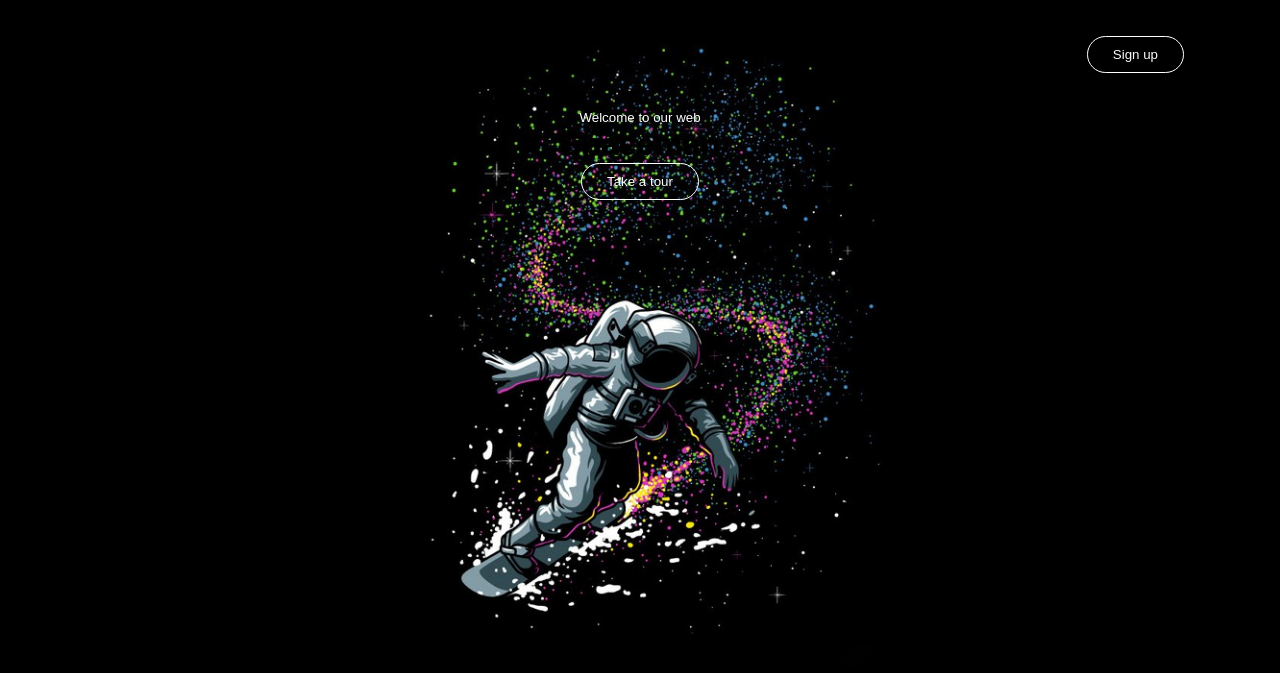
Repository: 70y-ali/branding_
Page: /
An editor plug-in stored every save of this project. The page is shown before and after the next save, followed by the edit.
The browser window is 1280 px wide. The pictures show the whole page.
The project was rebuilt for these pictures with package versions that can differ from the ones it lists, and the page was loaded fresh each time. A package was used in the major version that the imports need, not the one package.json lists.

Above is the page before, as saved 2020-12-29 14:50:15.

### src/index.js
import React from 'react';
import ReactDOM from 'react-dom';
import App from '../src/views/App';
import './index.css';

ReactDOM.render(
  <App />,
  document.getElementById('root')
);
// import React from 'react'
// import { render } from 'react-dom'
// import { Provider } from 'react-redux'
// import { BrowserRouter as Router } from 'react-router-dom'
// import App from 'views/App'
// import store from 'redux/rootStore'

// import '@fortawesome/fontawesome-free/css/all.min.css'
// import 'react-datepicker/dist/react-datepicker.css'
// import './index.css'

// require('dotenv').config()

// render(
// 	<Provider store={store}>
// 		<Router>
// 			<App />
// 		</Router>
// 	</Provider>
// 	,document.getElementById('root')
// )

### src/views/App.js
import React, { Component } from 'react';
// import logo from '../logo.svg';
import '../App.css';
import Home from './HomePage'

class App extends Component {
  render() {
    return (
      <div className="App">
        <Home/>
        {/* <div className="App-header">
          <img src={logo} className="App-logo" alt="logo" />
          <h2>Welcome to React</h2>
        </div>

        <p className="App-intro">
          To get started, edit <code>src/App.js</code> and save to reload.
        </p> */}
      </div>
    );
  }
}

export default App;
// import React, { Fragment } from 'react'
// import { Route, Switch } from 'react-router-dom'
// import Cookie from 'utilities/CookieUtility'
// import {
// 	Navbar,
// 	Footer,
// 	CallReceiveModal
// } from 'components/OtherComponents'
// import AgentPage from './AgentPage'
// import AnnouncementPage from './AnnouncementPage'
// import BonusPage from './BonusPage'
// import CallRegisterPage from './CallRegisterPage'
// import LostPage from './LostCallPage'
// import CallTypePage from './CallTypePage'
// import CallTypeTestPage from './CallTypeTestPage'
// import ConsumerPage from './ConsumerPage'
// import {DashboardPage} from './DashboardPage'

// import HomePage from './HomePage'
// import LoginPage from './LoginPage'
// import RolePage from './RolePage'
// import IVRPage from './IVRPage'
// import ChatPage from './ChatPage'
// import ChangePasswordPage from './ChangePasswordPage'
// import {
// 	TicketPage,
// 	TicketOtherEmploymentPage,
// 	TicketReportListPage
// } from './TicketPage'
// import {
// 	OperatorReportPage,
// 	OperatorHistoryPage,
// 	OperatorPage
// } from './OperatorPage'
// import {
// 	CallReportPage
// } from './CallReportPage'
// import { MessagePage,
// 	MessageHistoryPage
// } from './MessagePage'
// import {TestHourPage}  from './TestHourPage'
// import {TestPage} from './TestPage'
// import {NewOrderPage,
// 	OrderFilterPage,
// 	NewOrderRegistrationPage,
// 	OrderRangePage,
// 	ReportPage} from './OrderPage'
// import NewComponent from './NewComponentsPage'
// import {SocialReportPage} from './SocialReportPage'
// import MergePage from './SocialMergePage'
// import {AdminPage}from './AdminPage'
// import {
// 	OutingPage,
// 	LevelOnePage,
// 	LevelTwoPage
// } from './OutingPage'

// const Routes = () => {
// 	const authorization = Cookie.get('auth')
// 	if (authorization)
// 		return (
// 			<Fragment>
// 				<Navbar />
// 				<CallReceiveModal />
// 				<Switch>
// 					<Route
// 						path='/outing-telesales'
// 						component={OutingPage}
// 						exact
// 					/>
// 					<Route
// 						path='/outing-level-one'
// 						component={LevelOnePage}
// 						exact
// 					/>
// 					<Route
// 						path='/outing-level-two'
// 						component={LevelTwoPage}
// 						exact
// 					/>
// 					<Route
// 						path='/order-report'
// 						component={ReportPage}
// 						exact
// 					/>
// 					<Route
// 						path='/social-report'
// 						component={SocialReportPage}
// 						exact
// 					/>
// 					<Route
// 						path='/admin-panel'
// 						component={AdminPage}
// 						exact
// 					/>
// 					<Route
// 						path='/merge'
// 						component={MergePage}
// 						exact
// 					/>
// 					<Route
// 						path='/new-order'
// 						component={NewOrderPage}
// 						exact
// 					/>
// 					<Route
// 						path='/operator-order'
// 						component={OrderFilterPage}
// 						exact
// 					/>
// 					<Route
// 						path='/order-range'
// 						component={OrderRangePage}
// 						exact
// 					/>
// 					<Route
// 						path='/order-registration'
// 						component={NewOrderRegistrationPage}
// 						exact
// 					/>
// 					<Route
// 						path='/operator-work-report'
// 						component={OperatorPage}
// 						exact
// 					/>
// 					<Route
// 						path='/management-operator-hour'
// 						component={TestPage}
// 						exact
// 					/>
// 					<Route
// 						path='/test-test'
// 						component={TestHourPage}
// 						exact
// 					/>
// 					<Route
// 						path='/type-test'
// 						component={CallTypeTestPage}
// 						exact
// 					/>
// 					<Route
// 						path='/'
// 						component={HomePage}
// 						exact
// 					/>
// 					<Route
// 						path='/send-message'
// 						component={MessagePage}
// 					/>
// 					<Route
// 						path='/message-history'
// 						component={MessageHistoryPage}
// 					/>
// 					<Route
// 						path='/lost-call-report'
// 						component={LostPage}
// 					/>
// 					<Route
// 						path='/dashboard'
// 						component={DashboardPage}
// 						exact
// 					/>
// 					<Route
// 						path='/agent'
// 						component={AgentPage}
// 						exact
// 					/>
// 					<Route
// 						path='/announcement'
// 						component={AnnouncementPage}
// 						exact
// 					/>
// 					<Route
// 						path='/help'
// 						component={BonusPage}
// 						exact
// 					/>
// 					<Route
// 						path='/call-register'
// 						component={CallRegisterPage}
// 						exact
// 					/>
// 					<Route
// 						path='/call-type'
// 						component={CallTypePage}
// 						exact
// 					/>
// 					<Route
// 						path='/consumer'
// 						component={ConsumerPage}
// 						exact
// 					/>
// 					<Route
// 						path='/role'
// 						component={RolePage}
// 						exact
// 					/>
// 					<Route
// 						path='/change-password'
// 						component={ChangePasswordPage}
// 						exact
// 					/>
// 					<Route
// 						path='/ticket'
// 						component={TicketPage}
// 						exact
// 					/>
// 					<Route
// 						path='/ticket-other-employment'
// 						component={TicketOtherEmploymentPage}
// 						exact
// 					/>
// 					<Route
// 						path='/ticket-report-list'
// 						component={TicketReportListPage}
// 						exact
// 					/>
// 					<Route
// 						path='/operator-history'
// 						component={OperatorHistoryPage}
// 						exact
// 					/>
// 					<Route
// 						path='/operator-report'
// 						component={OperatorReportPage}
// 						exact
// 					/>
// 					<Route
// 						path='/ivr'
// 						component={IVRPage}
// 						exact
// 					/>
// 					<Route
// 						path='/call-account-report'
// 						component={CallReportPage}
// 						exact
// 					/>
// 					<Route
// 						path='/chat'
// 						component={ChatPage}
// 						exact
// 					/>
// 					<Route
// 						path='/test-newComponent'
// 						component={NewComponent}
// 						exact
// 					/>
// 				</Switch>
// 				<Footer />
// 			</Fragment>
// 		)
// 	else return <LoginPage />
// }

// export default Routes

### src/App.css
.App {
  text-align: center;
}

.App-logo {
  animation: App-logo-spin infinite 20s linear;
  height: 80px;
}

.App-header {
  background-color: #222;
  height: 150px;
  padding: 20px;
  color: white;
}

.App-intro {
  font-size: large;
}

@keyframes App-logo-spin {
  from { transform: rotate(0deg); }
  to { transform: rotate(360deg); }
}

*{
  margin: 0;
  padding: 0;
  font-family: sans-serif;
}
.hero{
  width: 100%;
  height: 100vh;
  background-image: url('components/assets/spaceman.jpg');
  background-size: cover;
  background-position: center;
  position: relative;
  overflow: hidden;
}
.logo{
  width:100px;
  cursor:pointer
}
.navbar{
  width:85%;
  height:15%;
  margin:auto;
  display:flex;
  align-items: center;
  justify-content:space-between
}
button{
  color: #fbfcfd;
  padding: 10px 25px;
  background: transparent ;
  border: 1px solid #fff;
  border-radius: 20px;
  outline: none;
  cursor: pointer;

}

### src/views/HomePage/index.jsx
import React from 'react'
// import { PageLayout } from 'shared/components'
import Home from '../../components/Home/index'

const HomePage = () => {
	return(
        <Home/>
		// <PageLayout>
		// 	<CallRegisterForm1/>
		// 	{/* <h2 data-testid='homepage' className='text-center mt-90'>DDISH CallCenter</h2> */}
		// </PageLayout>
	)

}

export default HomePage

### src/components/Home/index.js
/* eslint-disable */
import React, { Component } from 'react';
// import Background from '../assets/background1.png';
// import Diamond from '../assets/google.png';
import '../../App.css'
class Main extends Component {
    render() {
        return (
            <div>
                {/* <img src={Background}></img> */}
                <div className='hero'>
                    <div className='navbar'>
                        <img  className='logo'/> {/*src={Diamond}*/}
                        <button type='button'>Sign up</button>
                    </div>
                    <div className='content'>
                        <small style={{color: 'white'}}>Welcome to our web</small>
                        <h1>Spaceman</h1>
                        <button type='button'>Take a tour</button>
                    </div>
                </div>
            </div>
        )
    }
}

export default Main

Loaded but not shown: public/index.html (common file); src/index.css (common file)

After the next save:
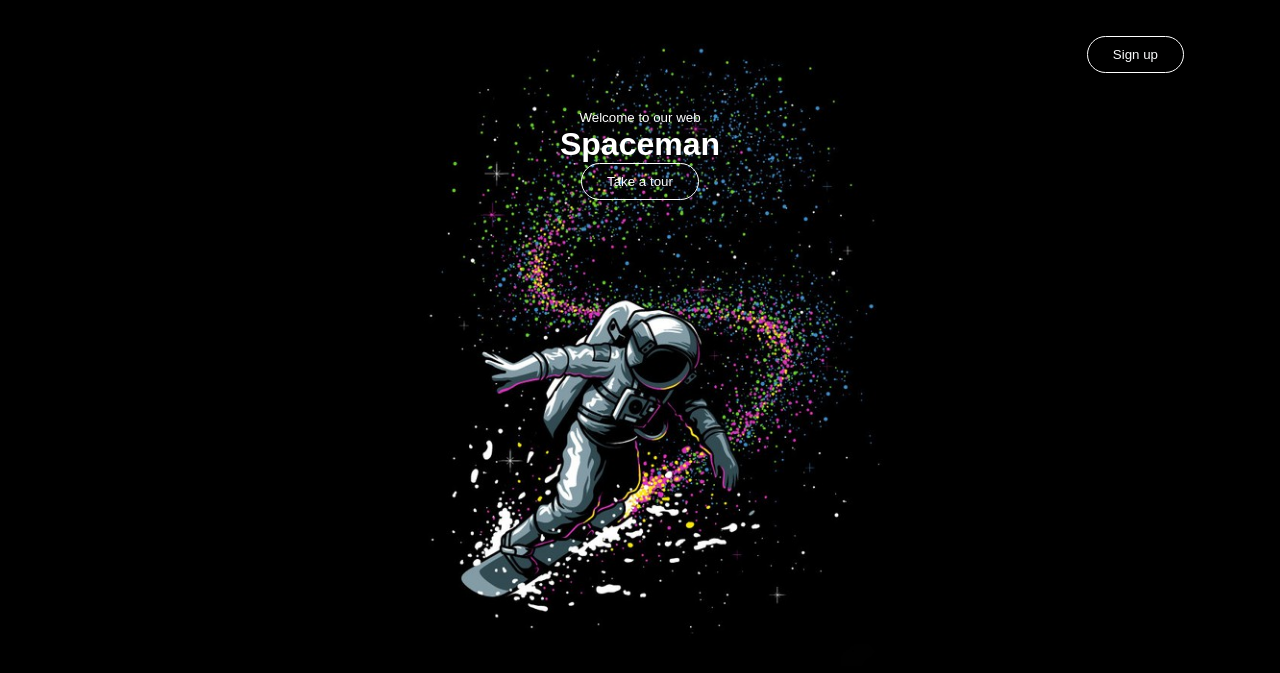
Saved 10 s later.
--- a/src/components/Home/index.js
+++ b/src/components/Home/index.js
@@ -15,7 +15,7 @@
                     </div>
                     <div className='content'>
                         <small style={{color: 'white'}}>Welcome to our web</small>
-                        <h1>Spaceman</h1>
+                        <h1 style={{color: 'white'}}>Spaceman</h1>
                         <button type='button'>Take a tour</button>
                     </div>
                 </div>
